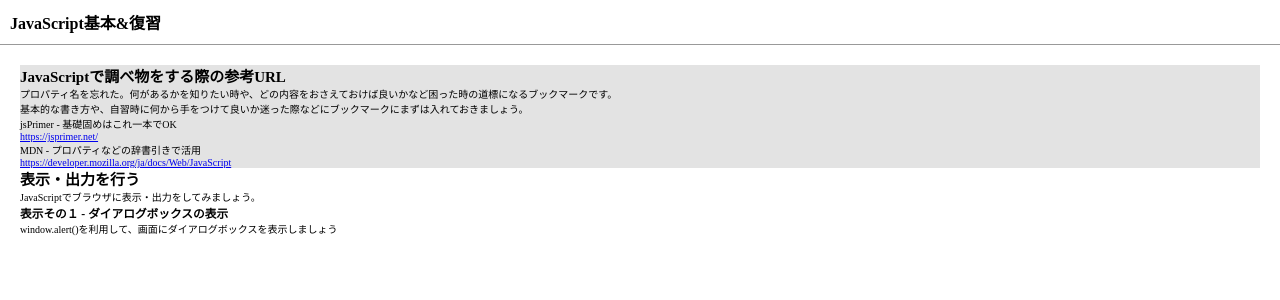
Repository: Yuto-Arakawa/study_js
Page: 01_basic/荒川/ara_basic01.html
An editor plug-in stored every save of this project. The page is shown before and after the next save, followed by the edit.
The browser window is 1280 px wide. The pictures show the whole page.

Above is the page before, as saved 2026-11-06 14:47:42.

After the next save:
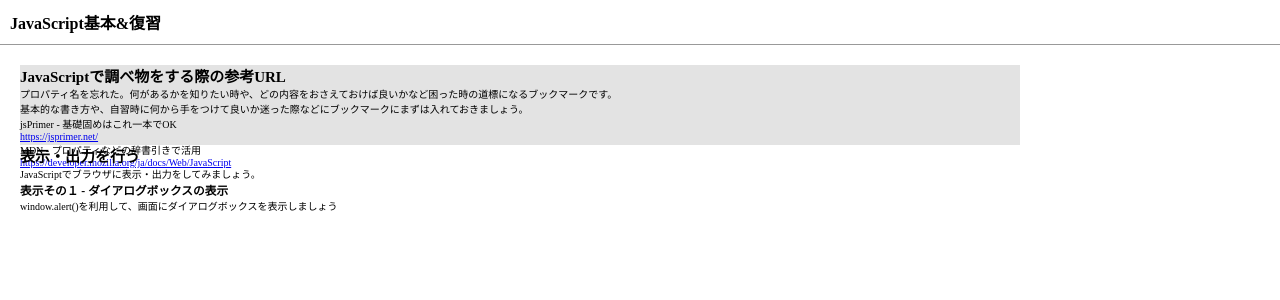
Saved 63 s later.
--- a/01_basic/荒川/css/basic01.css
+++ b/01_basic/荒川/css/basic01.css
@@ -13,5 +13,7 @@ main{
 }
 
 .reference{
+    width: 1000px;
+    height: 80px;
     background-color: #e3e3e3;
 }
